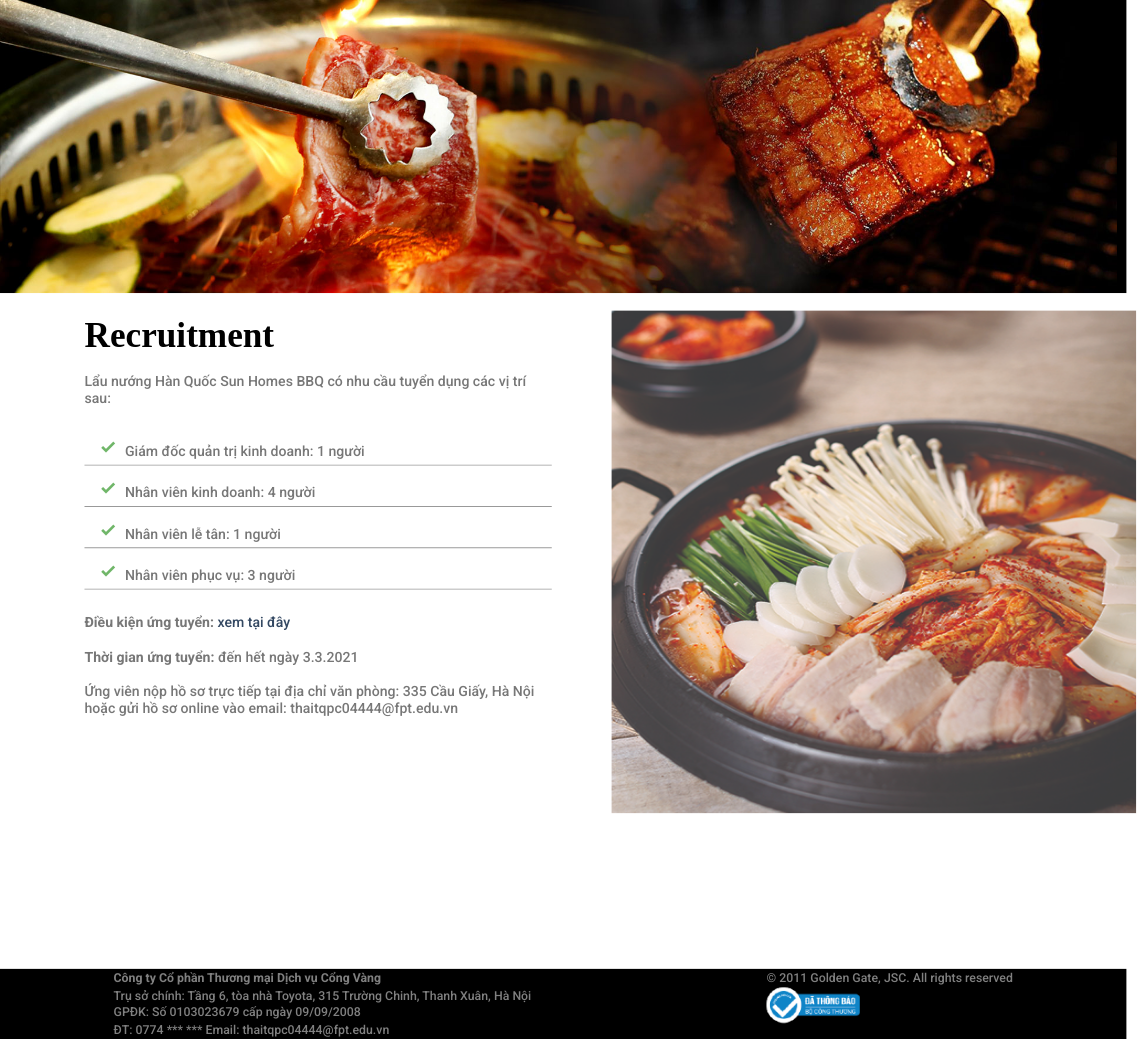
Repository: QUANGTHAI2003/sunhomesbbq
Page: TuyenDung.html
An editor plug-in stored every save of this project. The page is shown before and after the next save, followed by the edit.
The browser window is 1280 px wide. The page is 1299 px wide, then 1280 px, so the pictures cover 1299 px, including what lies to the right of the window. The pictures show the whole page, at 88% of full size.
Some web fonts or font styles are not loaded; a fallback is used.

Above is the page before, as saved 2022-02-14 15:00:22.

After the next save:
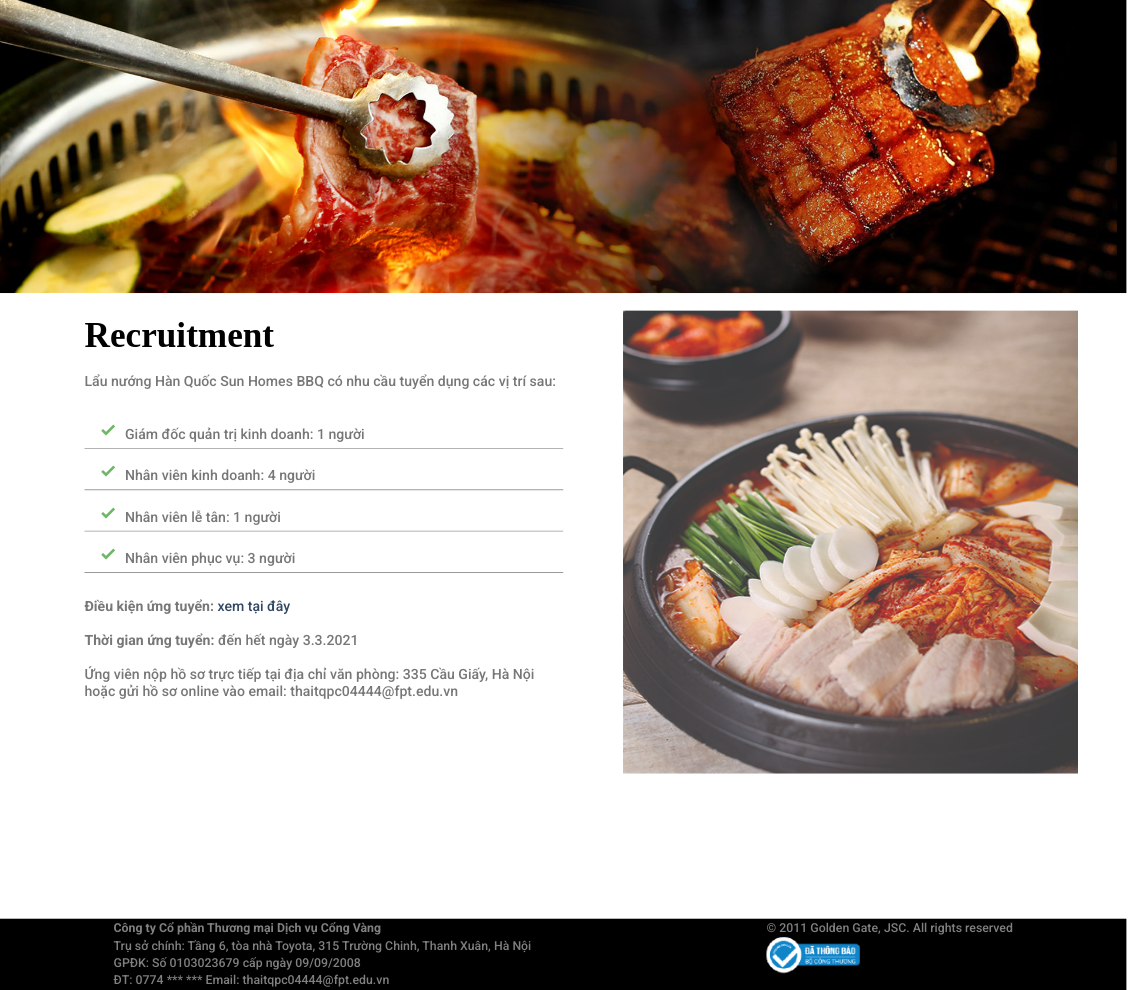
Saved 7 s later.
--- a/style.css
+++ b/style.css
@@ -779,7 +779,7 @@
 }
 
 .img-TD img {
-    width: 120%;
+    width: 110%;
     height: 80%;
     margin: 16px 8px;
 }
